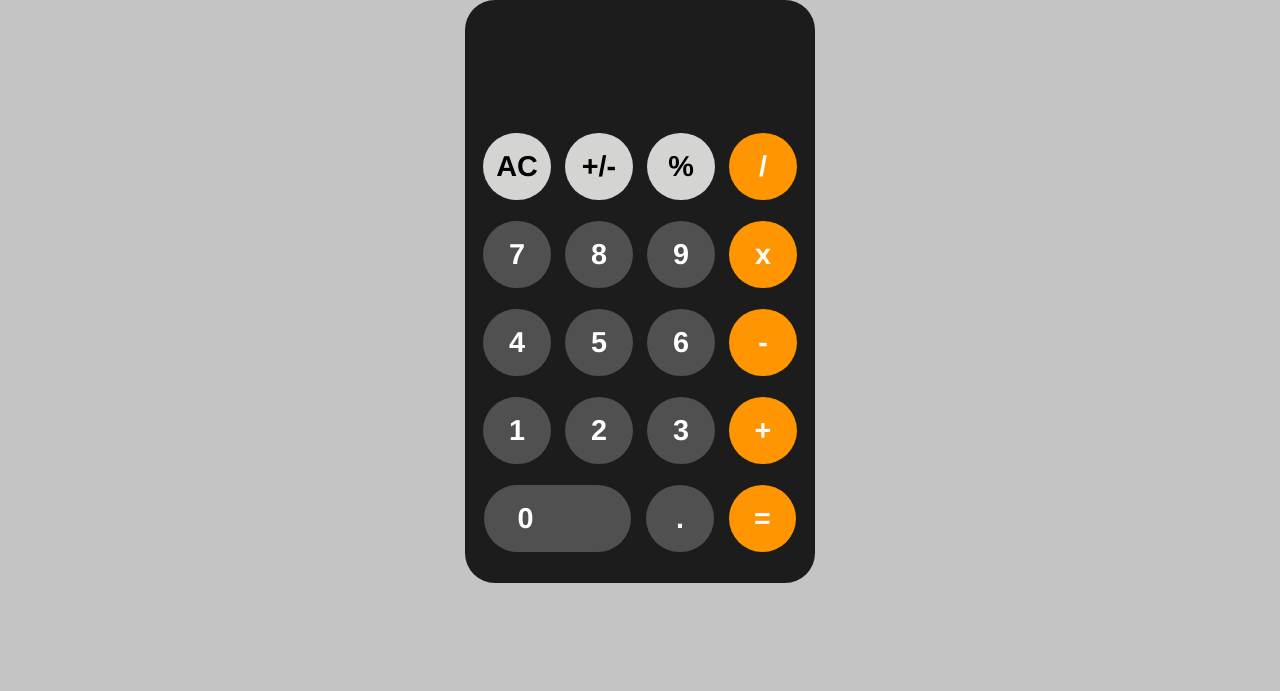
Repository: raulpenate/Calculadora-VUE3
Page: /
The author's editor kept a copy of each file at every save. The page is drawn from the files as they stood at one save, then again after the next save.
The browser window is 1280 px wide. The pictures show the whole page.
The project was rebuilt for these pictures with package versions that can differ from the ones it lists, and the page was loaded fresh each time.

Above is the page before, as saved 2022-03-12 07:40:40.

### src/App.vue
<template>
  <Calculator/>
</template>

<script>
import Calculator from './components/Calculator.vue'

export default {
  name: 'App',
  components: {
    Calculator
  }
}
</script>

<style>
body{
  height: 100%;
}

#app {
  font-family: Avenir, Helvetica, Arial, sans-serif;
  display: flex;
  justify-content: center;
  align-items: center;
  width: 100%;
  height: 100%;
}
</style>

### src/components/Calculator.vue
<template>
    <div class="carcasa">
      <div class="pantalla">
        <div class="datosanteriores">
          <label class="">{{ pantallasuperior }}</label>
        </div>
        <input
          v-model="pantallainterna"
          class="pantallainterna"
          type="text"
          name="numero"
          pattern="\d"
          readonly
        />
      </div>
      <div class="fila">
        <div @click="reset" class="boton gris">AC</div>
        <div @click="invertirSigno" class="boton gris">+/-</div>
        <div @click="porcentaje" class="boton gris">%</div>
        <div class="boton orange">/</div>
      </div>
      <div class="fila">
        <div @click="agregarNumero('7')" class="boton">7</div>
        <div @click="agregarNumero('8')" class="boton">8</div>
        <div @click="agregarNumero('9')" class="boton">9</div>
        <div @click="agregarNumero('')" class="boton orange">x</div>
      </div>
      <div class="fila">
        <div @click="agregarNumero('4')" class="boton">4</div>
        <div @click="agregarNumero('5')" class="boton">5</div>
        <div @click="agregarNumero('6')" class="boton">6</div>
        <div class="boton orange">-</div>
      </div>
      <div class="fila">
        <div @click="agregarNumero('1')" class="boton">1</div>
        <div @click="agregarNumero('2')" class="boton">2</div>
        <div @click="agregarNumero('3')" class="boton">3</div>
        <div @click="sumar" class="boton orange">+</div>
      </div>
      <div class="fila final">
        <div @click="agregarCero" class="boton grande">0</div>
        <div @click="agregarPunto" class="boton">.</div>
        <div @click="igual" class="boton orange">=</div>
      </div>
    </div>
</template>

<script>
export default {
  name: "Calculator",
  props: {
    numero: Number,
  },
  data() {
    return {
      pantallainterna: this.numero,
      pantallasuperior: this.numero,

    };
  },
  methods: {
    agregarNumero(valor) {
      if (!this.pantallainterna) {
        this.pantallainterna = valor;
      } else {
        this.pantallainterna += valor;
      }
    },
    agregarCero() {
        if (!this.pantallainterna) {
          this.pantallainterna = "0";
        } else {
          this.pantallainterna += "0";
        }
    },
    agregarPunto() {
      if (this.pantallainterna.search(/\./g) == -1) {
        this.pantallainterna += ".";
      }
    },
    reset() {
      this.pantallainterna = null;
      this.pantallasuperior = null;
    },
    porcentaje(){
        this.pantallainterna = (this.pantallainterna * 0.01);
    },
    invertirSigno(){

    },
    sumar(){
      if(!!this.pantallainterna){
        this.pantallasuperior =  `+ ${this.pantallainterna}`;
        this.pantallainterna = '';
      }
    },
    hacerOperacion(primerTermino, segundoTermino, signo){
      return (signo == "+") ? (primerTermino + segundoTermino) :
             (signo == "-") ? (primerTermino - segundoTermino) :
             (signo == "x") ? (primerTermino * segundoTermino) :
             (signo == "/") ? (primerTermino / segundoTermino) : "Signo no encontrado";
    },
    igual(){
      //REGEX To find any, ^ start with x, -, /,  + simbol, \s for a space, gm global multiline
      let wea = this.pantallasuperior.search(/^(\x|\-|\/|\+)\s/gm);
      console.log(wea);
    }
  },
};
</script>

<style>
* {
  padding: 0;
  margin: 0;
  box-sizing: border-box;
}

body {
  background: #c4c4c4;
  margin: auto 30%;
}

/* CARCASA */

.carcasa {
  background: #1c1c1c;
  display: flex;
  flex-flow: wrap;
  justify-content: space-between;
  border-radius: 30px;
  max-width: 350px;
}

/* PANTALLA */

.pantalla {
  padding: 5%;
  display: flex;
  flex-wrap: wrap;
  align-content: stretch;
  width: 100%;
}

.pantallainterna {
  display: inline-block;
  position: relative;
  width: 100%;
  background: #1c1c1c;
  color: #ffffff;
  outline: none;
  border: none;
  text-align: right;
  font-size: 8vh;
}

input[type="number"]::-webkit-inner-spin-button,
input[type="number"]::-webkit-outer-spin-button {
  -webkit-appearance: none;
  margin: 0;
}

.datosanteriores {
  font-size: 3vh;
  width: 100%;
  color: #fff;
  text-align: right;
  height: 3vh;
}

/* BOTONES */

.fila {
  width: 100%;
  font-weight: bold;
  display: flex;
  flex-flow: wrap row;
  justify-content: space-evenly;
  margin: 2%;
}

.boton {
  background: #505050;
  color: #ffffff;
  width: 20px;
  height: 20px;
  position: relative;
  font-size: 4vh;
  padding: 10%;
  display: flex;
  justify-content: center;
  align-items: center;
  border-radius: 50%;
  margin: 1%;
}

.orange {
  background: #ff9500;
}

.gris {
  background: #d4d4d2;
  color: #000;
}

.boton:hover {
  background: rgba(255, 255, 255, 0.4);
}

.orange:hover {
  background: rgba(247, 127, 72, 0.9);
}

.inicio {
  margin-top: 1%;
}

.final {
  margin-bottom: 8%;
}

.grande {
  flex-grow: 0.7;
  border-radius: 50px;
  display: flex;
  justify-content: start;
}
</style>

Loaded but not shown: public/index.html (common file); src/main.js (common file)

After the next save:
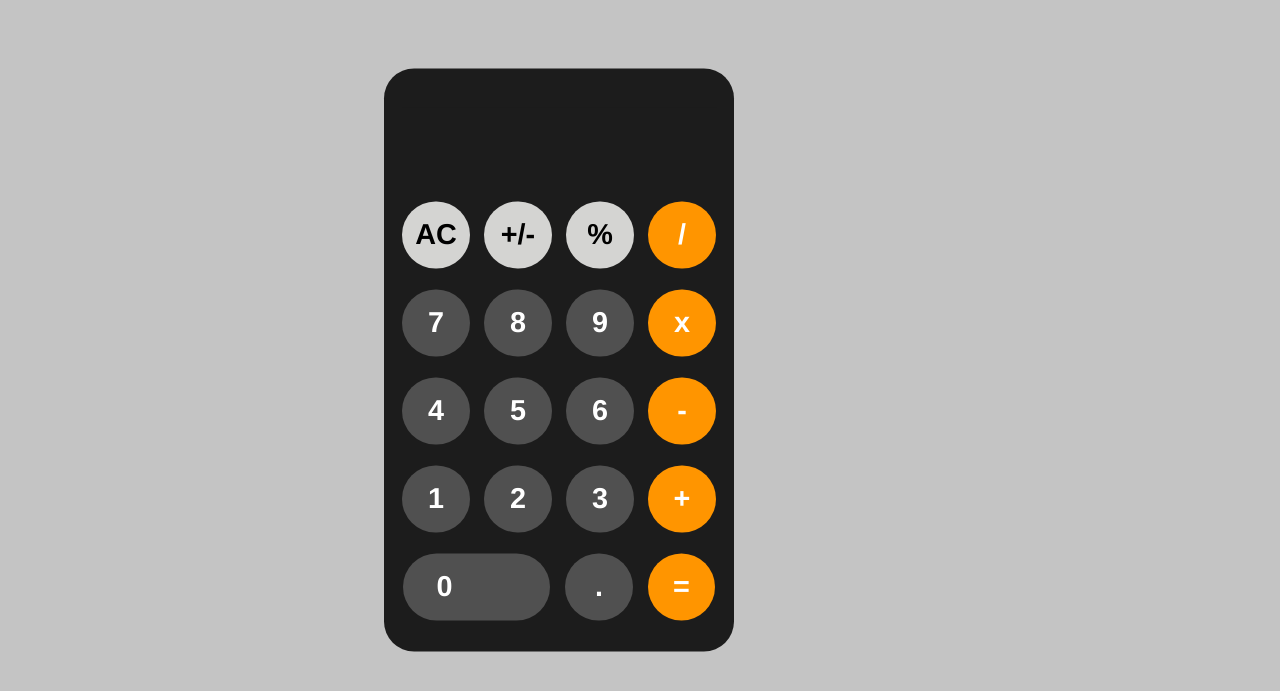
Saved 42 s later.
--- a/src/App.vue
+++ b/src/App.vue
@@ -23,7 +23,9 @@ body{
   display: flex;
   justify-content: center;
   align-items: center;
-  width: 100%;
-  height: 100%;
+   position: absolute;
+  top: 50%;
+  -ms-transform: translateY(-50%);
+  transform: translateY(-50%);
 }
 </style>
